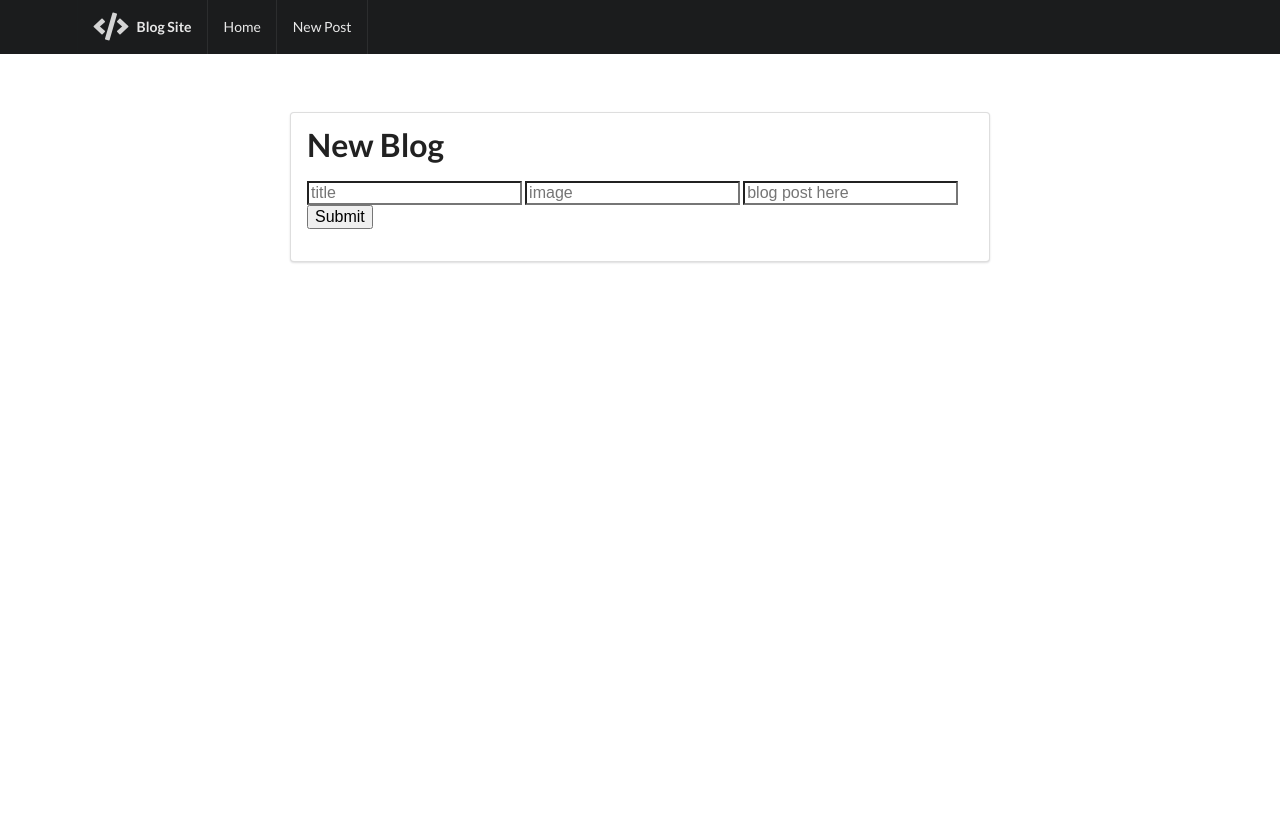
Repository: HuakunShen/LearnWeb
Page: http://localhost/blogs/new
The author's editor kept a record of every edit. The page is drawn from the files as they stood at one moment, then again after the next edit.
The browser window is 1280 px wide. The pictures show the whole page.
The page is served by the project's Node server (BlogApp/app.js).

Above is the page before.

### workspace/BlogApp/views/new.ejs
<% include ./partials/header %>
<div class="ui main text container segment">
    <div class="ui huge header">New Blog</div>
    <form action="/blogs" method="POST">
        <input type="text" name="blog[title]" placeholder="title">
        <input type="text" name="blog[image]" placeholder="image">
        <input type="text" name="blog[body]" placeholder="blog post here">
        <input type="submit">
    </form>
</div>

<% include ./partials/header %>

### workspace/BlogApp/views/partials/header.ejs
<html>
    <head>
        <title>Blog App</title>
        <link rel="stylesheet" href="https://cdnjs.cloudflare.com/ajax/libs/semantic-ui/2.4.1/semantic.min.css" />
        <link rel="stylesheet" type="text/css" href="/stylesheets/app.css">

    </head>
    <body>
        <div class="ui fixed inverted menu">
            <div class="ui container">
                <div class="header item"><i class="code icon"></i>Blog Site</div>
                <a href="/" class="item">Home</a>
                <a href="/blogs/new" class="item">New Post</a>
            </div>

        </div>

### workspace/BlogApp/app.js
const express = require("express"),
app = express(),
methodOverride = require("method-override"),
bodyParser = require("body-parser"),
mongoose = require("mongoose");

mongoose.connect("mongodb://localhost:27017/blog_app", { useNewUrlParser: true });
app.set("view engine", "ejs");
app.use(express.static("public"));
// app.use('/public', express.static("public"));
app.use(bodyParser.urlencoded({extended: true}));
app.use(methodOverride("_method"));

//Mongoose model config
const blogSchema = new mongoose.Schema({
    title: String,
    image: String,
    body: String,
    created: {type: Date, default: Date.now}
});

const Blog = mongoose.model("Blog", blogSchema);

// Blog.create({
//     title: "Motor",
//     image: "https://images.unsplash.com/photo-1558981420-bf351ce8e3ca?ixlib=rb-1.2.1&ixid=eyJhcHBfaWQiOjEyMDd9&auto=format&fit=crop&w=600&q=60",
//     body: "Hello Motor"
// });



// RESTful Routes
app.get("/", function(req, res){
    res.redirect("/blogs");
});

// Index Route
app.get("/blogs", function(req, res){
    Blog.find({}, function(err, blogs){
        if(err){
            console.log("Error!");
        } else {
            res.render("index", {blogs: blogs});
        }
    });
});

//New Route
app.get("/blogs/new", function(req, res){
    res.render("new");
});

// Create Route
app.post("/blogs", function(req, res){
    // create blog
    Blog.create(req.body.blog, function(err, newBlog){
        if(err) {
            res.render("new");
        } else {
            res.redirect("/blogs");
        }
    });
});

//Show Route
app.get("/blogs/:id", function(req, res) {
    Blog.findById(req.params.id, function(err, foundBlog){
        if(err) {
            res.redirect("/blogs");
        } else {
            res.render("show", {blog: foundBlog});
        }
    })
});

// Edit Route
app.get("/blogs/:id/edit", function(req, res){
    Blog.findById(req.params.id, function(err, foundBlog){
        if(err) {
            res.redirect("/blogs");
        } else {
            res.render("edit", {blog: foundBlog});
        }
    });
});

// Update Route
app.put("/blogs/:id", function(req, res){
    Blog.findByIdAndUpdate(req.params.id, req.body.blog, function(err, updatedBlog){
        if(err) {
            res.redirect("/blogs");
        } else {
            res.redirect("/blogs/" + req.params.id);
        }
    })
});

//Destroy Route
app.delete("/blogs/:id", function(req, res){
    // destroy blog
    Blog.findByIdAndRemove(req.params.id, function(err){
        if(err){
            res.redirect("/blogs");
        } else {
            res.redirect("/blogs");
        }
    })
    // redirect
});








app.listen(process.env.PORT, process.env.IP, function() {
    console.log("Server is Running");
});

### workspace/BlogApp/public/stylesheets/app.css
i.icon {
    font-size: 2em;
}

.container.main {
    margin-top: 7.0em;
}

#delete {
    display: inline;
}

After the next edit:
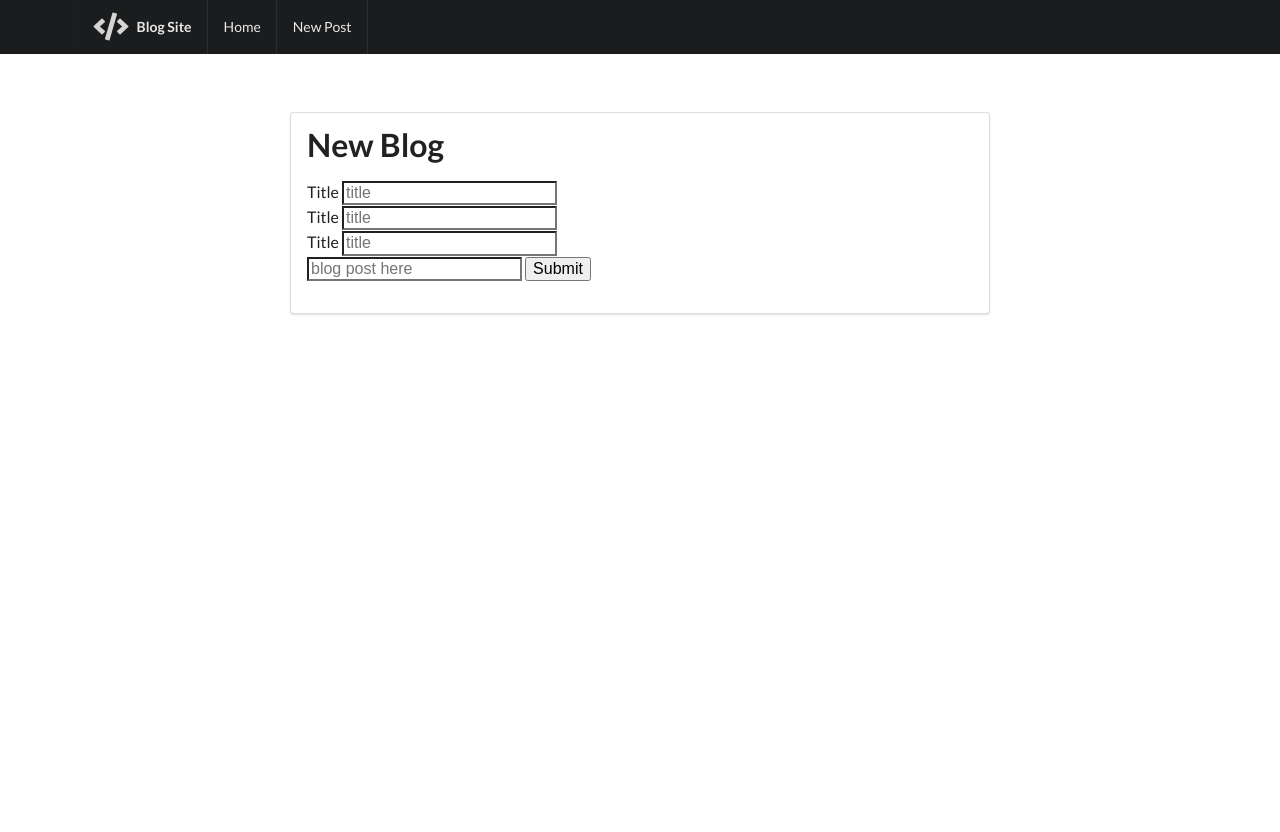
The edit:
--- a/workspace/BlogApp/views/new.ejs
+++ b/workspace/BlogApp/views/new.ejs
@@ -2,8 +2,19 @@
 <div class="ui main text container segment">
     <div class="ui huge header">New Blog</div>
     <form action="/blogs" method="POST">
-        <input type="text" name="blog[title]" placeholder="title">
-        <input type="text" name="blog[image]" placeholder="image">
+        <div class="field">
+            <label>Title</label>
+            <input type="text" name="blog[title]" placeholder="title">
+        </div>
+        <div class="field">
+            <label>Title</label>
+            <input type="text" name="blog[title]" placeholder="title">
+        </div>
+        <div class="field">
+            <label>Title</label>
+            <input type="text" name="blog[title]" placeholder="title">
+        </div>
+
         <input type="text" name="blog[body]" placeholder="blog post here">
         <input type="submit">
     </form>
